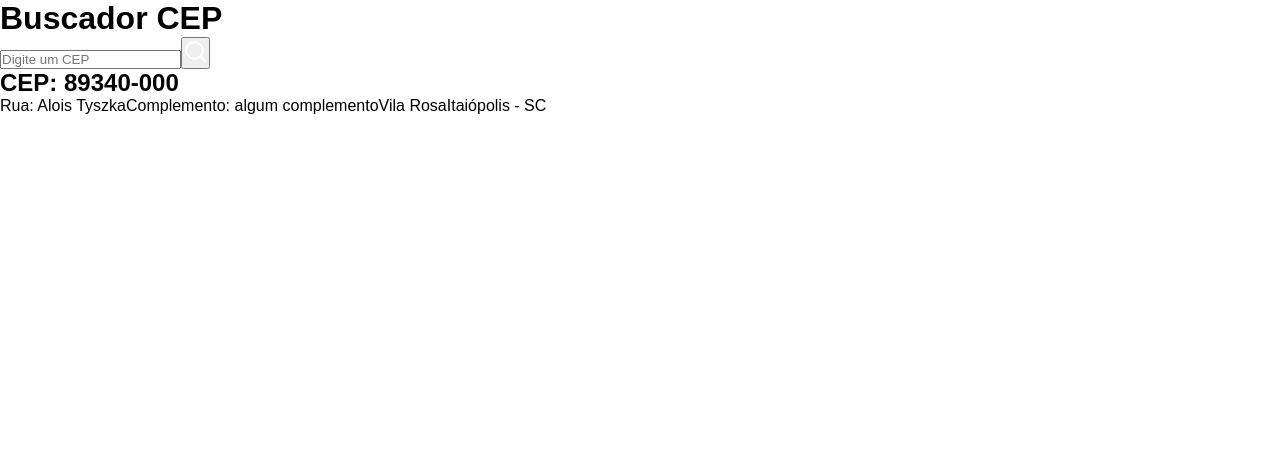
Repository: WelyntonRenan/buscador-cep
Page: / (app in buscador/)
These files come from the project's save history. The page is drawn as it stood at one moment and after a run of saves; the edit follows.
The browser window is 1280 px wide. The pictures show the whole page.
The project was rebuilt for these pictures with package versions that can differ from the ones it lists, and the page was loaded fresh each time.

Above is the page before, as saved 2022-11-13 23:34:45.

### buscador/public/index.html
<!DOCTYPE html>
<html lang="en">

<head>
  <meta charset="utf-8" />
  <link rel="icon" href="%PUBLIC_URL%/favicon.ico" />
  <meta name="viewport" content="width=device-width, initial-scale=1" />
  <meta name="theme-color" content="#000000" />
  <meta name="description" content="Web site created using create-react-app" />
  <link rel="apple-touch-icon" href="%PUBLIC_URL%/logo192.png" />
  <!--
      manifest.json provides metadata used when your web app is installed on a
      user's mobile device or desktop. See https://developers.google.com/web/fundamentals/web-app-manifest/
    -->
  <link rel="manifest" href="%PUBLIC_URL%/manifest.json" />
  <!--
      Notice the use of %PUBLIC_URL% in the tags above.
      It will be replaced with the URL of the `public` folder during the build.
      Only files inside the `public` folder can be referenced from the HTML.

      Unlike "/favicon.ico" or "favicon.ico", "%PUBLIC_URL%/favicon.ico" will
      work correctly both with client-side routing and a non-root public URL.
      Learn how to configure a non-root public URL by running `npm run build`.
    -->
  <title>Buscador</title>
</head>

<body>
  <noscript>You need to enable JavaScript to run this app.</noscript>
  <div id="root"></div>
  <!--
      This HTML file is a template.
      If you open it directly in the browser, you will see an empty page.

      You can add webfonts, meta tags, or analytics to this file.
      The build step will place the bundled scripts into the <body> tag.

      To begin the development, run `npm start` or `yarn start`.
      To create a production bundle, use `npm run build` or `yarn build`.
    -->
</body>

</html>

### buscador/src/App.js
import React from 'react';
import { FiSearch } from 'react-icons/fi';
import './styles.css';

function App() {
  return (
    <div className="Container">
      <h1 className="title">Buscador CEP</h1>

      <div className="containerInput">
        <input
          type="text"
          placeholder="Digite um CEP"
        />

        <button className="buttonSearch">
          <FiSearch size={25} color="#FFF" />
        </button>

        <main className='main'>
          <h2>CEP: 89340-000</h2>

          <span>Rua: Alois Tyszka</span>
          <span>Complemento: algum complemento</span>
          <span>Vila Rosa</span>
          <span>Itaiópolis - SC</span>

        </main>

      </div>

    </div>
  );
}

export default App;

### buscador/src/styles.css
.container {
  height: 100vh;
  display: flex;
  justify-content: center;
  align-items: center;
  flex-direction: column;
  background-color: linear-gradient(#121212, #212B46);
}

Loaded but not shown: buscador/src/index.js (common file); buscador/src/index.css (common file)

After the next 2 saves:
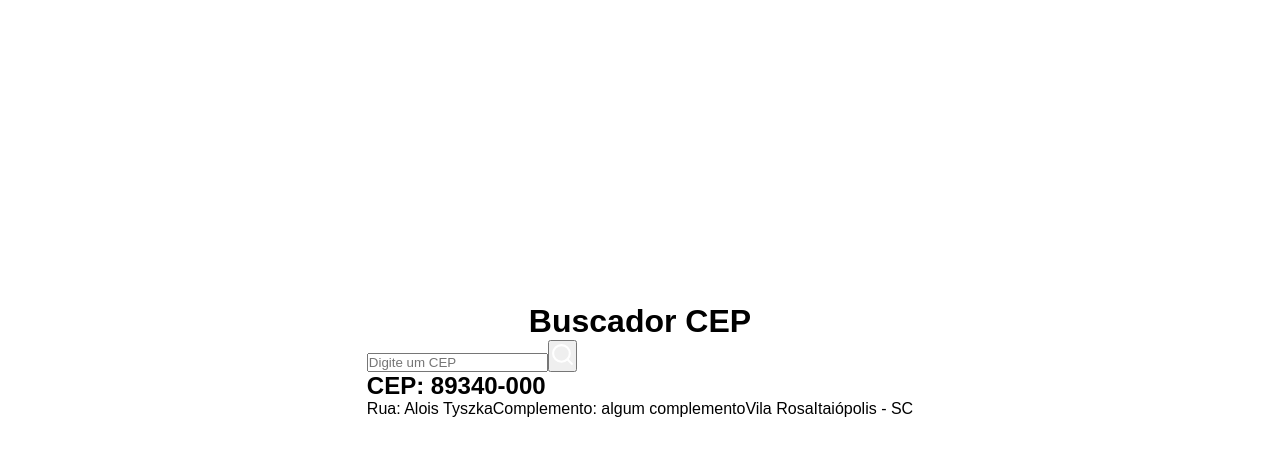
The 2 saves are shown as one change because they came seconds apart.
The last was saved 39 s later.
--- a/buscador/src/App.js
+++ b/buscador/src/App.js
@@ -4,7 +4,7 @@ import './styles.css';
 
 function App() {
   return (
-    <div className="Container">
+    <div className="container">
       <h1 className="title">Buscador CEP</h1>
 
       <div className="containerInput">
